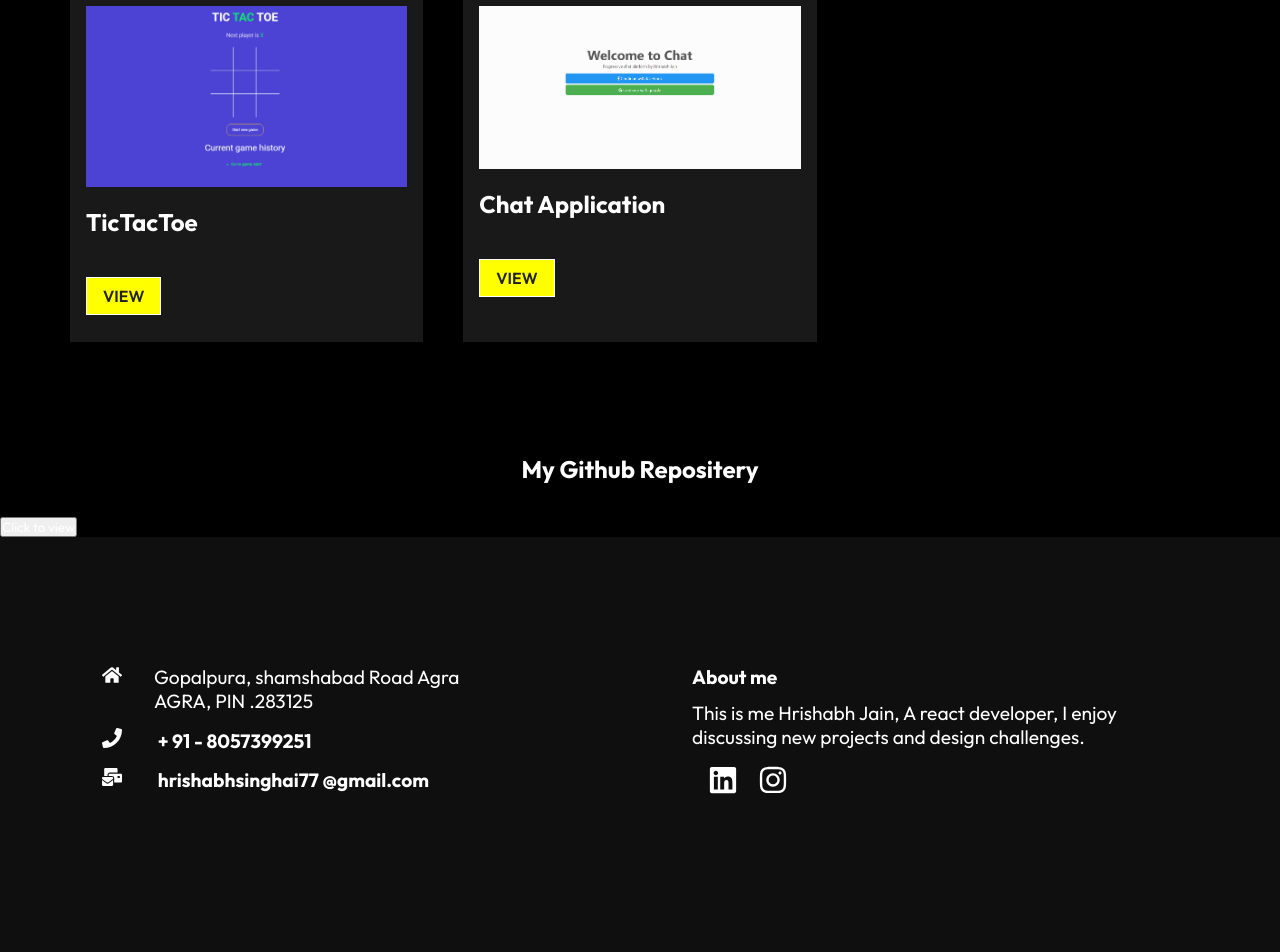
Repository: Hrishabhsinghai/Portfolio
Page: /project
These files come from the project's save history. The page is drawn as it stood at one moment and after the next save; the edit follows.
The browser window is 1280 px wide. The pictures show the part of the page from y = 653 to 1605 px (the page is 1605 px tall before and 1604 px after).
The project was rebuilt for these pictures with package versions that can differ from the ones it lists, and the page was loaded fresh each time. Also part of the build but not shown: src/components/HeroImgStyles.css, src/components/HeroImg.js, src/routes/Home.js, src/components/AboutContentSttyles.css, src/components/AboutContent.js, src/routes/About.js, src/routes/Contact.js.

Above is the page before, as saved 2024-01-11 22:29:41.

After the next save:
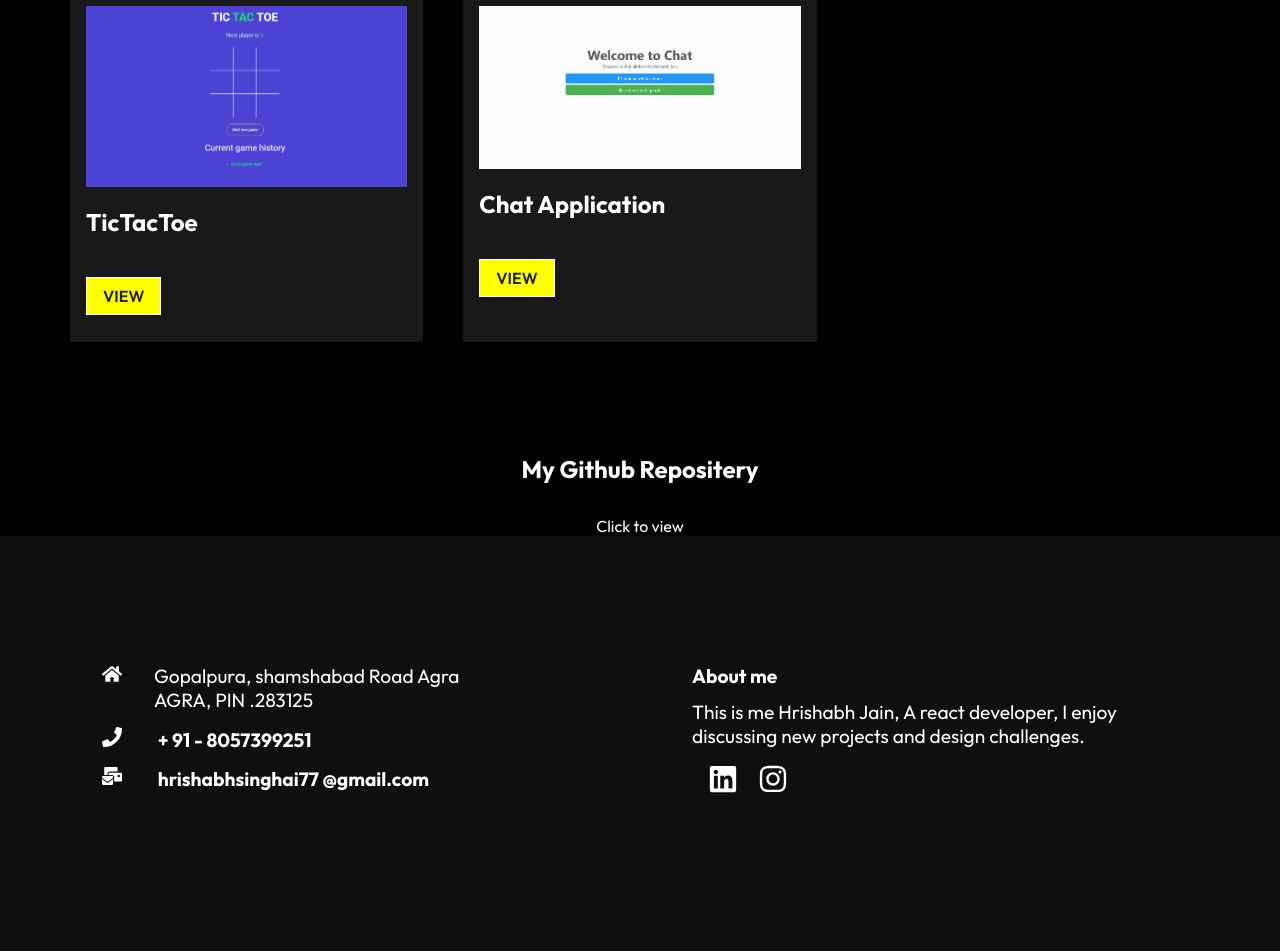
Saved 36 s later.
--- a/src/components/Work.js
+++ b/src/components/Work.js
@@ -24,10 +24,10 @@ const Work = () => {
       </div>{" "}
       <div className="git-container">
         <h1 className="github"> My Github Repositery </h1>{" "}
-        <button className="git-btns">
+        <div className="git-btns">
           {" "}
           <NavLink to="www.google.com"> Click to view </NavLink>{" "}
-        </button>{" "}
+        </div>{" "}
       </div>{" "}
     </div>
   );
